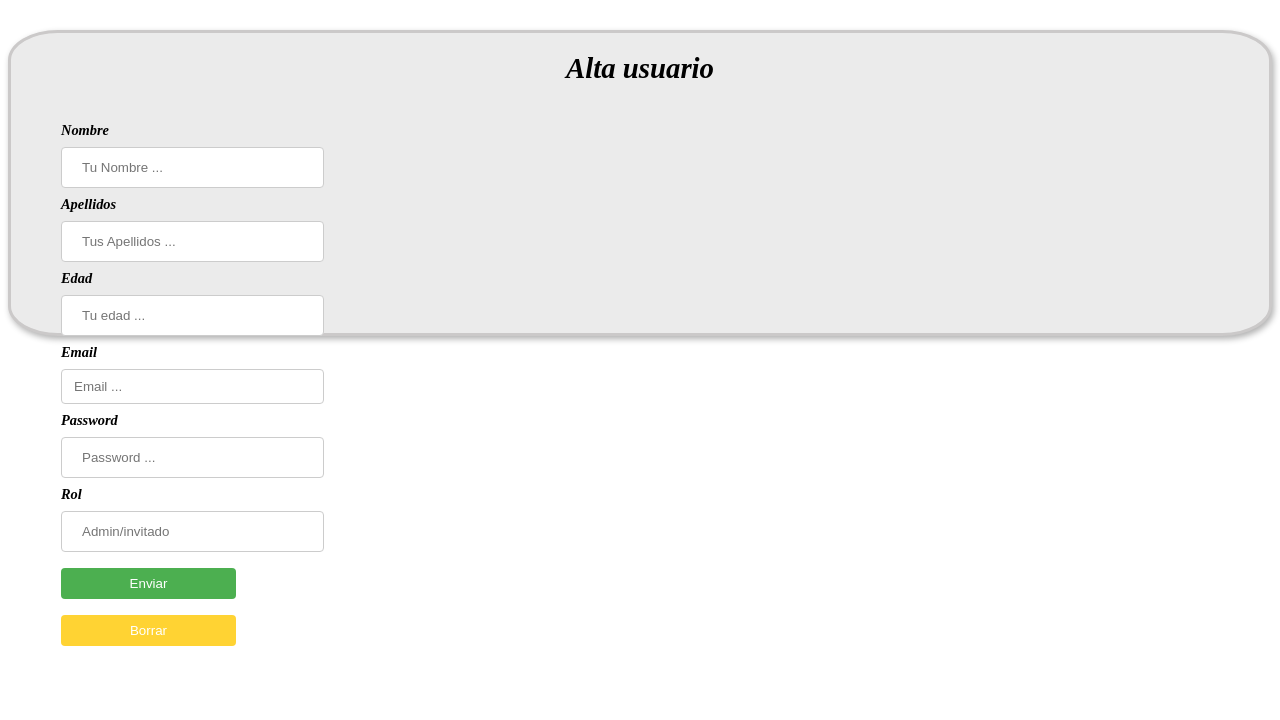
Repository: nachmz42/ProyectoJoker
Page: http://localhost/Joker/eliminarusuario.jsp
An editor plug-in stored every save of this project. The page is shown before and after the next save, followed by the edit.
The browser window is 1280 px wide. The pictures show the whole page.
The page is served by Tomcat 9. Other server files are loaded and not shown.

Above is the page before, as saved 2021-07-02 11:37:29.

### Joker/src/main/webapp/eliminarusuario.jsp
<%@ page language="java" contentType="text/html; charset=ISO-8859-1"
    pageEncoding="ISO-8859-1"%>
<!DOCTYPE html>
<html>
<head>
<meta charset="ISO-8859-1">
<title>Insert title here</title>
<link rel="stylesheet" href="STYLE/css/eliminarusuario.css"></link>
</head>
<body>


<div class= "testbox">

	<h1>Alta usuario</h1>
  	<form action="/Joker/ServletEliminarusuario" method="post"><br>

  	<div class="form2" style="">
    <label for="nombre" id="1">Nombre</label><br>
    <input type="text" id="nombre" name="nombre" placeholder="Tu Nombre ..."  required><br>

    <label for="apellidos"  >Apellidos</label><br>
    <input type="text" id="apellidos" name="apellidos" placeholder="Tus Apellidos ..." required><br>


    <label for="edad" id="1">Edad</label><br>
    <input type="text" id="edad" name="edad" placeholder="Tu edad ..."  required  ><br>


    <label for="email" id="1">Email</label><br>
    <input type="email" id="email" name="email" placeholder="Email ..."  required>
     <i class="icon-user"></i><br>


    <label for="password" id="1" >Password</label><br>
    <input type="text" id="password" name="password" placeholder="Password ..."  required>  <br>

    <label for="rol" id="1" >Rol</label><br>
    <input type="text" id="rol" name="rol" placeholder="Admin/invitado"  required  >  <br>


    <input type="submit" value="Enviar"><br>
    <input type="reset" value="Borrar"><br>
   </div>
  </form>

</div>


</body>
</html>

### Joker/src/main/webapp/STYLE/css/eliminarusuario.css
@charset "ISO-8859-1";




input[type=text], select {
	width: 75%;
	padding: 12px 20px;
	margin: 8px 0;
	display: inline-block;
	border: 1px solid #ccc;
	border-radius: 4px;
	box-sizing: border-box;
}

input[type=email], select {
	width: 75%;
	padding: 9px 12px;
	margin: 8px 0;
	display: inline-block;
	border: 1px solid #ccc;
	border-radius: 4px;
	box-sizing: border-box;
}

input[type=submit] {
	width: 50%;
	background-color: #4CAF50;
	color: white;
	padding: 8px 0px;
	margin: 8px 0;
	border: none;
	border-radius: 4px;
	cursor: pointer;
	Text-align: center;
}

input[type=reset] {
	width: 50%;
	background-color: #FFD333;
	color: white;
	padding: 8px 0px;
	margin: 8px 0;
	border: none;
	border-radius: 4px;
	cursor: pointer;
	Text-align: center;
}


.testbox {
	margin: 30px auto;
	width: 300 px;
	height: 300px;
	-webkit-border-radius: 50px/30px;
	-moz-border-radius: 50px/30px;
	border-radius: 50px/30px;
	background-color: #ebebeb;
	-webkit-box-shadow: 2px 3px 6px rgba(0, 0, 0, .31);
	-moz-box-shadow: 2px 3px 6px rgba(0, 0, 0, .31);
	box-shadow: 2px 3px 6px rgba(0, 0, 0, .31);
	border: solid 3px #cbc9c9;
	Text-align: center;
	 font: oblique bold 90% cursive;
}





.form2 {
    Text-align: left;
    width: 350px;
    margin-left: 50px;
}

After the next save:
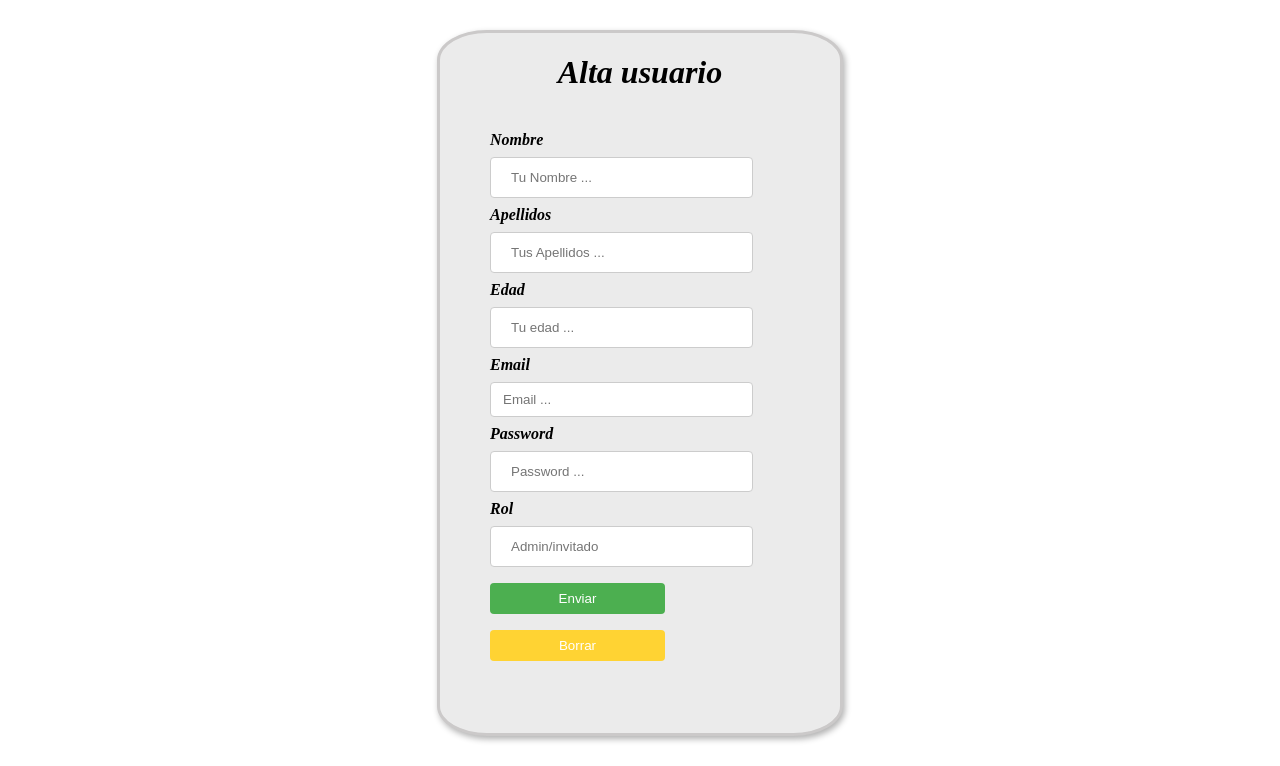
Saved 25 s later.
--- a/Joker/src/main/webapp/STYLE/css/eliminarusuario.css
+++ b/Joker/src/main/webapp/STYLE/css/eliminarusuario.css
@@ -1,5 +1,4 @@
 @charset "ISO-8859-1";
-
 
 
 
@@ -50,8 +49,8 @@ input[type=reset] {
 
 .testbox {
 	margin: 30px auto;
-	width: 300 px;
-	height: 300px;
+	width: 400px;
+	height: 700px;
 	-webkit-border-radius: 50px/30px;
 	-moz-border-radius: 50px/30px;
 	border-radius: 50px/30px;
@@ -61,7 +60,7 @@ input[type=reset] {
 	box-shadow: 2px 3px 6px rgba(0, 0, 0, .31);
 	border: solid 3px #cbc9c9;
 	Text-align: center;
-	 font: oblique bold 90% cursive;
+	 font: oblique bold 100% cursive;
 }
 
 
